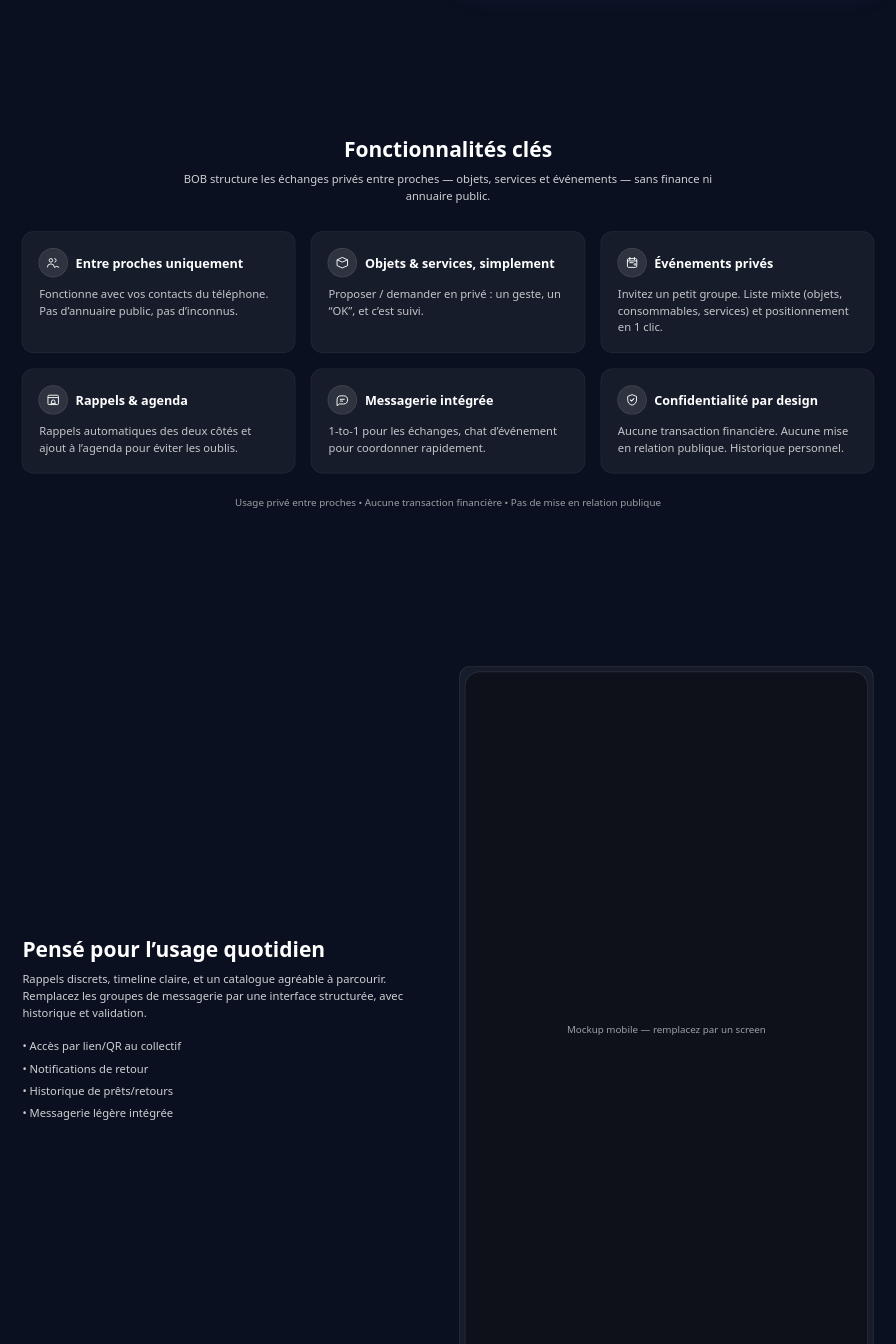
Repository: JeanCharlesMEILLAND/new-bob
Page: /
The author's editor kept a copy of each file at every save. The page is drawn from the files as they stood at one save, then again after the next save.
The browser window is 1280 px wide. The pictures show the part of the page from y = 1865 to 3785 px (the page is 4520 px tall before and 4496 px after), at 70% of full size.
The page's requests for data from a server got no answer. The project was rebuilt for these pictures with package versions that can differ from the ones it lists, and the page was loaded fresh each time. The framework's server and built-in components were replaced by stand-ins that run in the browser. No one was signed in, and anything a server would have sent is missing. Also part of the build but not shown: next.config.ts.

Above is the page before, as saved 2025-08-12 10:33:27.

After the next save:
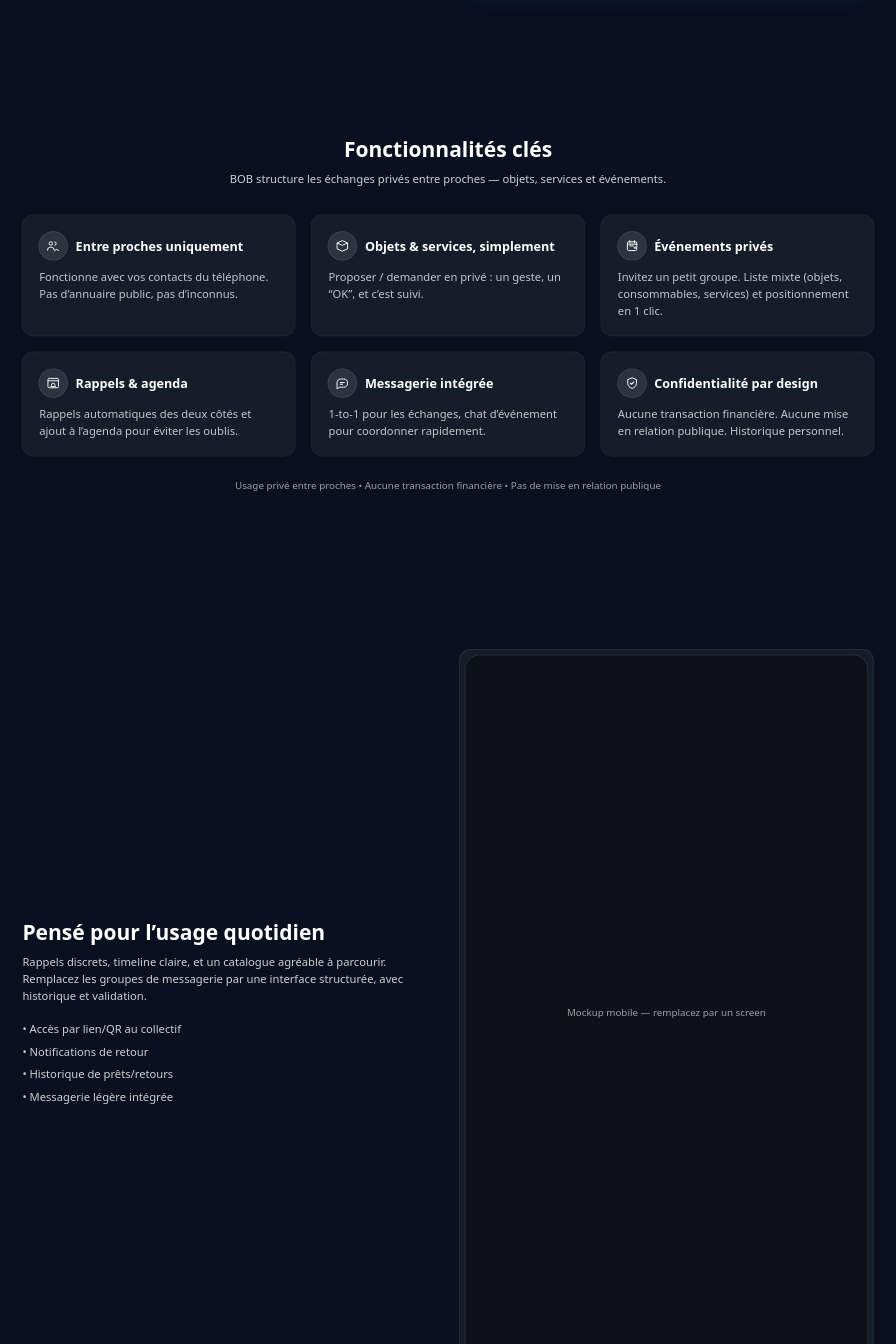
Saved 86 s later.
--- a/src/components/sections/Features.tsx
+++ b/src/components/sections/Features.tsx
@@ -84,7 +84,7 @@
         <div className="text-center max-w-3xl mx-auto">
           <h2 className="text-3xl font-bold">Fonctionnalités clés</h2>
           <p className="mt-3 text-white/80">
-            BOB structure les échanges privés entre proches — objets, services et événements — sans finance ni annuaire public.
+            BOB structure les échanges privés entre proches — objets, services et événements.
           </p>
         </div>
 
